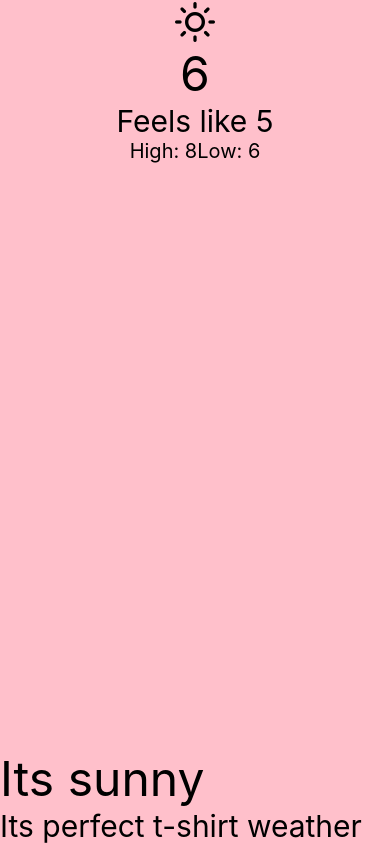
Repository: akinmiday/fcc
Screen: / (app in WeatherApp/)
These files come from the project's save history. The screen is drawn as it stood at one moment and after the next save; the edit follows.
The app was drawn by React Native's web renderer in a window 390 px wide. The project was rebuilt for these pictures with package versions that can differ from the ones it lists, and the page was loaded fresh each time.

Above is the screen before, as saved 2023-07-18 07:26:48.

### WeatherApp/App.js
import React from "react";
import { View, Text, SafeAreaView, StyleSheet } from "react-native";
import { Feather } from '@expo/vector-icons';

const App = () =>{
  return(
   <SafeAreaView style={styles.wrapper} >
     <View style={styles.container} >
     <Feather name="sun" size={40} color="black" />
      <Text style={styles.temp} >6</Text>
      <Text style={styles.feels} >Feels like 5</Text>
      <View style={styles.highLowWrapper} >
        <Text style={styles.highLow} >High: 8</Text>
        <Text style={styles.highLow} >Low: 6</Text>
      </View>
     </View>
     <View style={styles.bodyWrapper} >
        <Text style={styles.description} >Its sunny</Text>
        <Text style={styles.message} >Its perfect t-shirt weather</Text>
      </View>
   </SafeAreaView>
  )
}

const styles= StyleSheet.create({
  wrapper:{
    flex:1,
    backgroundColor: 'pink'
  },
  container:{
    flex:1,
    alignItems: 'center'
  },
  temp:{
    color:'black',
    fontSize:48
  },
  feels:{
    fontSize: 30,
    color:'black'
  },
  highLow:{
    color:'black',
    fontSize: 20
  },
  highLowWrapper:{
    flexDirection: 'row'
  },
  bodyWrapper:{
    justifyContent: 'flex-end',
    alignItems: 'flex-start'
  },
  description:{
    fontSize:48
  },
  message:{
    fontSize:30
  }
})

export default App

After the next save:
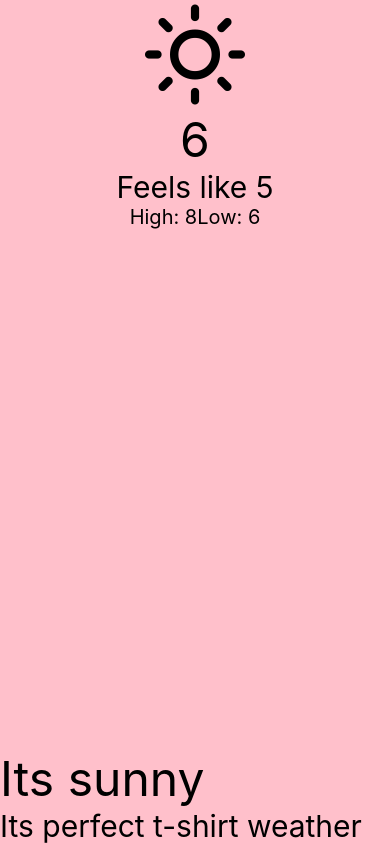
Saved 17 s later.
--- a/WeatherApp/App.js
+++ b/WeatherApp/App.js
@@ -6,7 +6,7 @@ const App = () =>{
   return(
    <SafeAreaView style={styles.wrapper} >
      <View style={styles.container} >
-     <Feather name="sun" size={40} color="black" />
+     <Feather name="sun" size={100} color="black" />
       <Text style={styles.temp} >6</Text>
       <Text style={styles.feels} >Feels like 5</Text>
       <View style={styles.highLowWrapper} >
